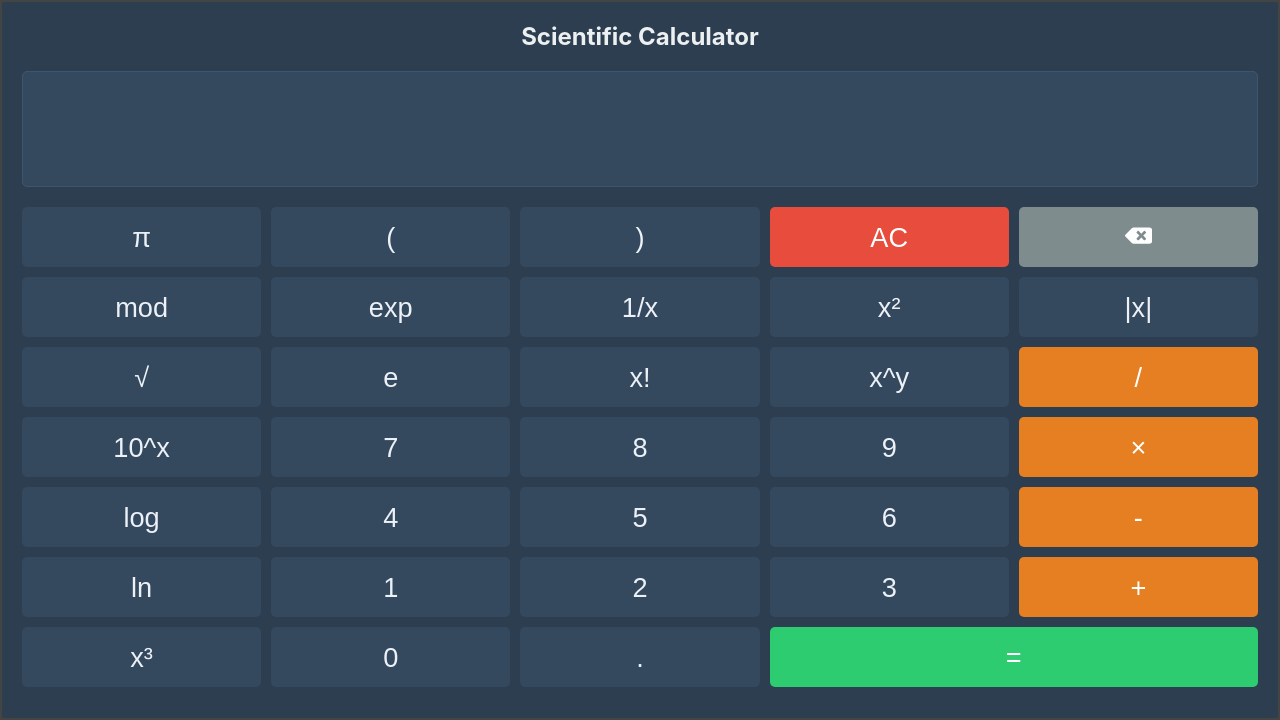
Repository: thesaherriaz/Calculator-React
Page: /
The author's editor kept a copy of each file at every save. The page is drawn from the files as they stood at one save, then again after the next save.
The browser window is 1280 px wide. The pictures show the whole page.
The project was rebuilt for these pictures with package versions that can differ from the ones it lists, and the page was loaded fresh each time.

Above is the page before, as saved 2025-06-20 12:59:25.

### public/index.html
<!DOCTYPE html>
<html lang="en">
  <head>
    <meta charset="utf-8" />
    <link rel="icon" href="%PUBLIC_URL%/favicon.ico" />
    <meta name="viewport" content="width=device-width, initial-scale=1" />
    <meta name="theme-color" content="#000000" />
    <meta
      name="description"
      content="Web site created using create-react-app"
    />
    <link rel="apple-touch-icon" href="%PUBLIC_URL%/logo192.png" />
    <link rel="stylesheet" href="https://cdnjs.cloudflare.com/ajax/libs/font-awesome/6.0.0/css/all.min.css">
    <!--
      manifest.json provides metadata used when your web app is installed on a
      user's mobile device or desktop. See https://developers.google.com/web/fundamentals/web-app-manifest/
    -->
    <link rel="manifest" href="%PUBLIC_URL%/manifest.json" />
    <!--
      Notice the use of %PUBLIC_URL% in the tags above.
      It will be replaced with the URL of the `public` folder during the build.
      Only files inside the `public` folder can be referenced from the HTML.

      Unlike "/favicon.ico" or "favicon.ico", "%PUBLIC_URL%/favicon.ico" will
      work correctly both with client-side routing and a non-root public URL.
      Learn how to configure a non-root public URL by running `npm run build`.
    -->
    <title>React App</title>
  </head>
  <body>
    <noscript>You need to enable JavaScript to run this app.</noscript>
    <div id="root"></div>
    <!--
      This HTML file is a template.
      If you open it directly in the browser, you will see an empty page.

      You can add webfonts, meta tags, or analytics to this file.
      The build step will place the bundled scripts into the <body> tag.

      To begin the development, run `npm start` or `yarn start`.
      To create a production bundle, use `npm run build` or `yarn build`.
    -->
  </body>
</html>

### src/App.js
import React from 'react'
import Calculator from './compnents/Calculator'

function App() {
  return (
    <Calculator />
  )
}

export default App

### src/compnents/Calculator.jsx
import React, { useState } from 'react';
import './Calculator.css';
import { FaBackspace } from "react-icons/fa";

function Calculator() {
    const [input, setInput] = useState('');
    const [result, setResult] = useState('');

    const handleClick = (value) => {
        if (value === 'AC') {
            setInput('');
            setResult('');
        } else if (value === 'DEL') {
            setInput(prev => prev.slice(0, -1));
        } else if (value === '=') {
            calculateResult();
        } else if (value === '√') {
            setInput(prev => `Math.sqrt(${prev})`);
        } else if (value === 'x²') {
            setInput(prev => `Math.pow(${prev},2)`);
        } else if (value === 'x³') {
            setInput(prev => `Math.pow(${prev},3)`);
        } else if (value === 'x^y') {
            setInput(prev => `${prev}^`);
        } else if (value === '1/x') {
            setInput(prev => `1/(${prev})`);
        } else if (value === 'log') {
            setInput(prev => `Math.log10(${prev})`);
        } else if (value === 'ln') {
            setInput(prev => `Math.log(${prev})`);
        } else if (value === 'π') {
            setInput(prev => prev + 'Math.PI');
        } else if (value === 'e') {
            setInput(prev => prev + 'Math.E');
        } else if (value === '10^x') {
            setInput(prev => `Math.pow(10,${prev})`);
        } else if (value === 'x!') {
            setInput(prev => `factorial(${prev})`);
        } else {
            setInput(prev => prev + value);
        }
    };

    const factorial = (n) => {
        if (n < 0) return NaN;
        if (n <= 1) return 1;
        return n * factorial(n - 1);
    };

    const calculateResult = () => {
        try {
            // Replace ^ with ** for exponentiation
            let expression = input.replace(/\^/g, '**');
            // Evaluate the expression
            setResult(eval(expression).toString());
        } catch (error) {
            setResult('Error');
        }
    };

    return (
        <div className="calculator">
            <h1>Scientific Calculator</h1>
            <div className="display">
                <div className="input">{input}</div>
                <div className="result">{result}</div>
            </div>
            <div className="buttons">
                <button onClick={() => handleClick('π')}>π</button>
                <button onClick={() => handleClick('(')}>(</button>
                <button onClick={() => handleClick(')')}>)</button>
                <button onClick={() => handleClick('AC')} className="clear">AC</button>
                <button onClick={() => handleClick('DEL')} className="delete"><FaBackspace /></button>

                <button onClick={() => handleClick('mod')}>mod</button>
                <button onClick={() => handleClick('exp')}>exp</button>
                <button onClick={() => handleClick('1/x')}>1/x</button>
                <button onClick={() => handleClick('x²')}>x²</button>
                <button onClick={() => handleClick('Math.abs()')}>|x|</button>

                <button onClick={() => handleClick('√')}>√</button>
                <button onClick={() => handleClick('e')}>e</button>
                <button onClick={() => handleClick('x!')}>x!</button>
                <button onClick={() => handleClick('x^y')}>x^y</button>
                <button className="operator" onClick={() => handleClick('/')}>/</button>

                <button onClick={() => handleClick('10^x')}>10^x</button>
                <button onClick={() => handleClick('7')}>7</button>
                <button onClick={() => handleClick('8')}>8</button>
                <button onClick={() => handleClick('9')}>9</button>
                <button className="operator" onClick={() => handleClick('*')}>×</button>

                <button onClick={() => handleClick('log')}>log</button>
                <button onClick={() => handleClick('4')}>4</button>
                <button onClick={() => handleClick('5')}>5</button>
                <button onClick={() => handleClick('6')}>6</button>
                <button className="operator" onClick={() => handleClick('-')}>-</button>

                <button onClick={() => handleClick('ln')}>ln</button>

                <button onClick={() => handleClick('1')}>1</button>
                <button onClick={() => handleClick('2')}>2</button>
                <button onClick={() => handleClick('3')}>3</button>
                <button className="operator" onClick={() => handleClick('+')}>+</button>

                <button onClick={() => handleClick('x³')}>x³</button>
                <button onClick={() => handleClick('0')}>0</button>
                <button onClick={() => handleClick('.')}>.</button>
                <button className="equals" onClick={() => handleClick('=')}>=</button>
            </div>
        </div>
    );
}

export default Calculator;

### src/compnents/Calculator.css
*{
    box-sizing: border-box;
    margin: 0;
    padding: 0;
}
.calculator {
    width: 100%;
    height: 100vh;
    /* margin: 30px auto 0px auto; */
    border: 2px solid #444;
    /* border-radius: 10px; */
    padding: 20px;
    background-color: #2c3e50;
    box-shadow: 0 5px 15px rgba(0, 0, 0, 0.4);
    color: white;
}

.calculator h1 {
    text-align: center;
    color: #ecf0f1;
    margin-bottom: 20px;
    font-size: 1.5em;
}

.display {
    background-color: #34495e;
    border: 1px solid #3d566e;
    border-radius: 5px;
    padding: 15px;
    margin-bottom: 20px;
    text-align: right;
    min-height: 70px;
}

.input {
    font-size: 1.5em;
    color: #bdc3c7;
    min-height: 1.3em;
    margin-bottom: 10px;
    word-wrap: break-word;
}

.result {
    font-size: 1.8em;
    font-weight: bold;
    color: #ecf0f1;
    min-height: 1.5em;
    word-wrap: break-word;
}

.buttons {
    display: grid;
    grid-template-columns: repeat(5, 1fr);
    grid-gap: 10px;
}

button {
    height: 60px;
    padding: 15px;
    font-size: 1.7em;
    border: none;
    border-radius: 5px;
    background-color: #34495e;
    color: #ecf0f7;
    cursor: pointer;
    transition: all 0.2s;
}

button:hover {
    background-color: #3d566e;
}

button:active {
    transform: scale(0.95);
}

.operator {
    background-color: #e67e22;
    color: white;
}

.operator:hover {
    background-color: #d35400;
}

.clear {
    background-color: #e74c3c;
    color: white;
}

.clear:hover {
    background-color: #c0392b;
}

.delete {
    background-color: #7f8c8d;
    color: white;
}

.delete:hover {
    background-color: #95a5a6;
}

.equals {
    background-color: #2ecc71;
    color: white;
    grid-column: span 2;
}

.equals:hover {
    background-color: #27ae60;
}

/* Scientific buttons
button:nth-child(1),
button:nth-child(2),
button:nth-child(3),
button:nth-child(4),
button:nth-child(5),
button:nth-child(6),
button:nth-child(11),
button:nth-child(12),
button:nth-child(13),
button:nth-child(14),
button:nth-child(19),
button:nth-child(20),
button:nth-child(21) {
    background-color: #3498db;
}

button:nth-child(1):hover,
button:nth-child(2):hover,
button:nth-child(3):hover,
button:nth-child(4):hover,
button:nth-child(5):hover,
button:nth-child(6):hover,
button:nth-child(11):hover,
button:nth-child(12):hover,
button:nth-child(13):hover,
button:nth-child(14):hover,
button:nth-child(19):hover,
button:nth-child(20):hover,
button:nth-child(21):hover {
    background-color: #2980b9;
} */

Loaded but not shown: src/index.js (common file); src/index.css (common file); src/reportWebVitals.js (common file)

After the next save:
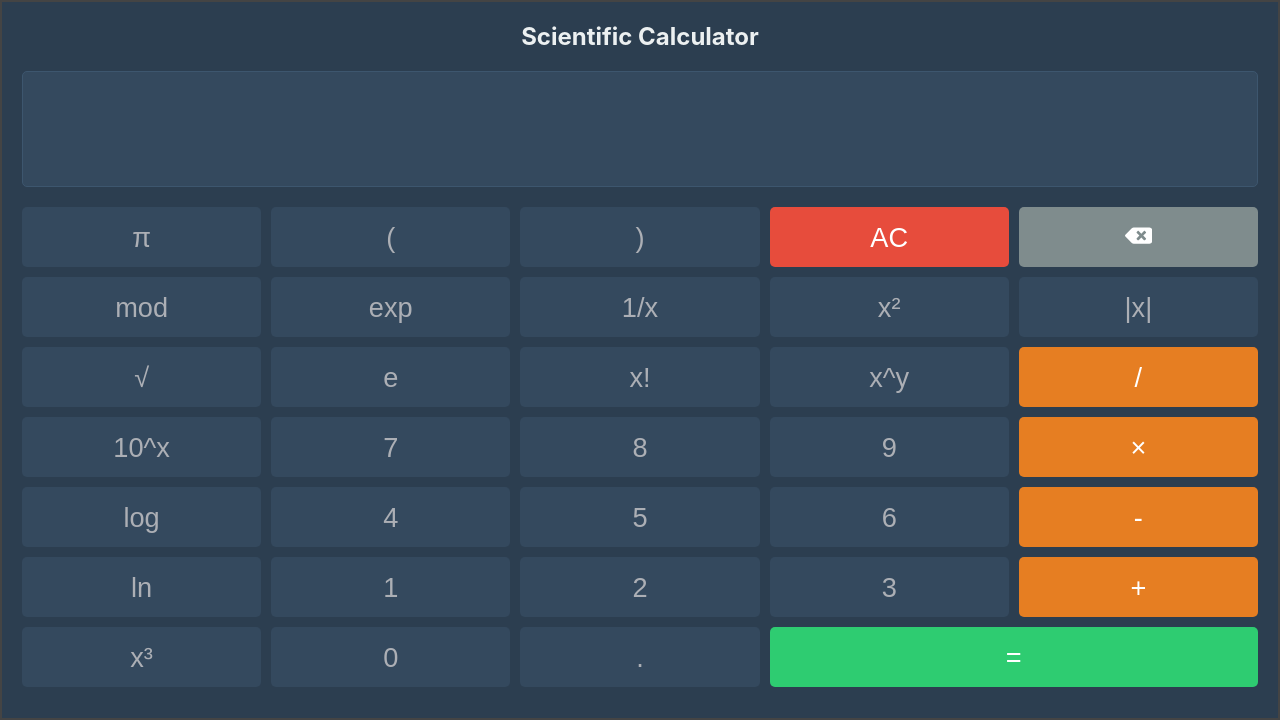
Saved 7 s later.
--- a/src/compnents/Calculator.css
+++ b/src/compnents/Calculator.css
@@ -61,7 +61,7 @@ button {
     border: none;
     border-radius: 5px;
     background-color: #34495e;
-    color: #ecf0f7;
+    color: #acafb5;
     cursor: pointer;
     transition: all 0.2s;
 }
